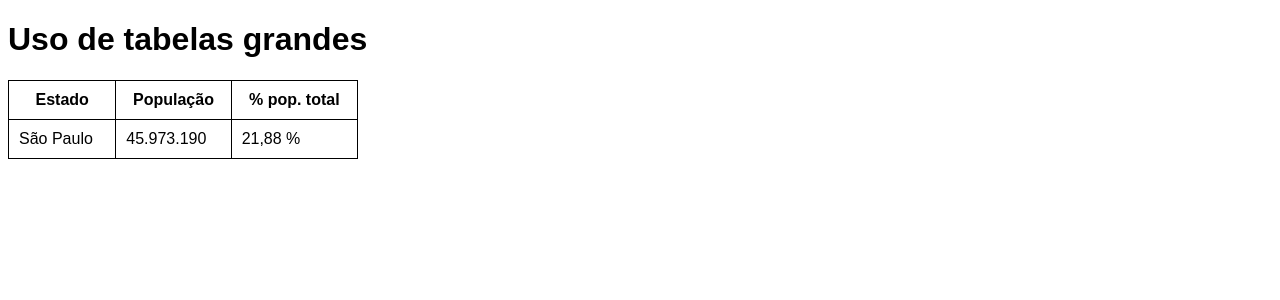
Repository: railsondev/html-css
Page: Módulo3/Exercicios/Ex02 - Tabelas/tabela002.html
The author's editor kept a copy of each file at every save. The page is drawn from the files as they stood at one save, then again after a run of saves.
The browser window is 1280 px wide. The pictures show the whole page.

Above is the page before, as saved 2024-10-18 18:07:23.

After the next 5 saves:
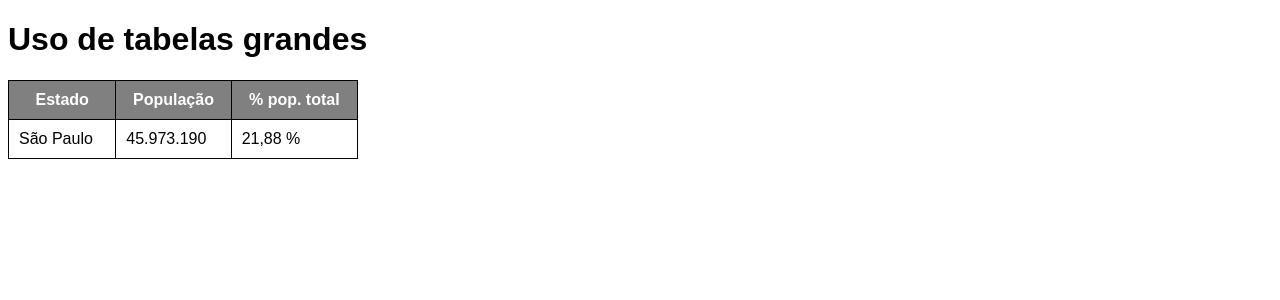
The 5 saves are shown as one change because they came seconds apart.
The last was saved 13 s later.
--- a/Módulo3/Exercicios/Ex02 - Tabelas/src/css/estilo01.css
+++ b/Módulo3/Exercicios/Ex02 - Tabelas/src/css/estilo01.css
@@ -15,4 +15,7 @@
   border: 1px solid black;
   padding: 10px;
 }
-thead
+thead {
+  background-color: gray;
+  color: white;
+}

After the save that followed:
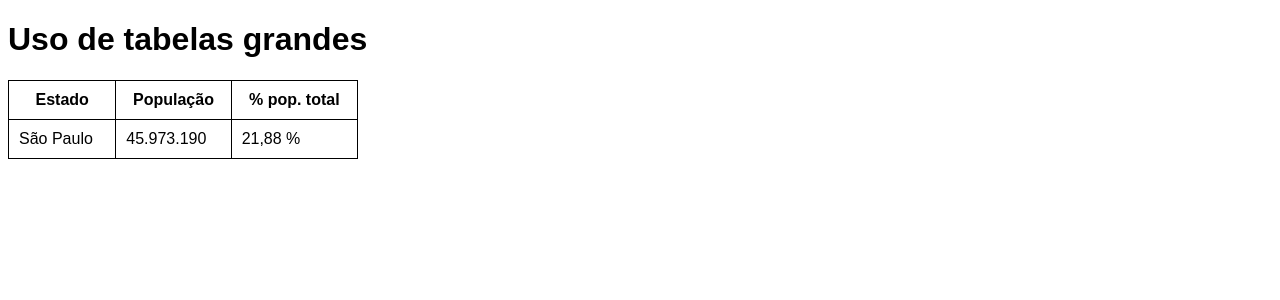
Saved 15 s later.
--- a/Módulo3/Exercicios/Ex02 - Tabelas/src/css/estilo01.css
+++ b/Módulo3/Exercicios/Ex02 - Tabelas/src/css/estilo01.css
@@ -15,7 +15,7 @@
   border: 1px solid black;
   padding: 10px;
 }
-thead {
+thead,  {
   background-color: gray;
   color: white;
 }
